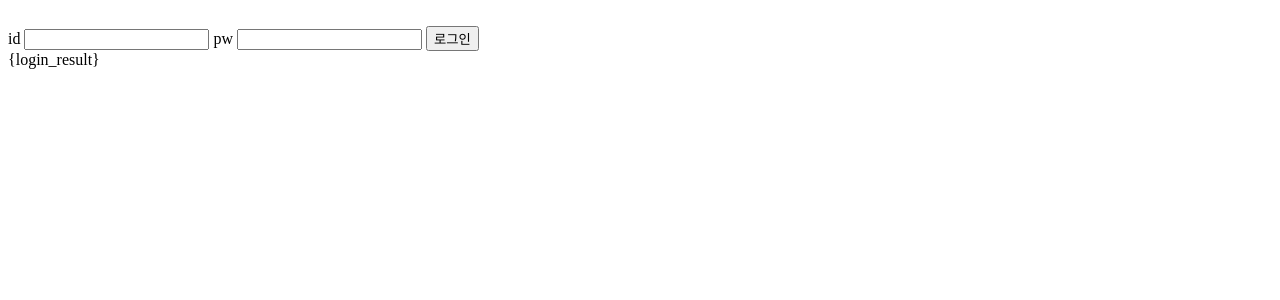
Repository: EunhaKyeong/studyRepo
Page: http://localhost/tutorial/login.do
The author's editor kept a copy of each file at every save. The page is drawn from the files as they stood at one save, then again after the next save.
The browser window is 1280 px wide. The pictures show the whole page.
The page is served by Tomcat 9. Other server files are loaded and not shown.

Above is the page before, as saved 2020-12-05 16:41:12.

### SPRING/spring/tutorial/src/main/webapp/WEB-INF/views/test/login.jsp
<%@ page language="java" contentType="text/html; charset=UTF-8"
    pageEncoding="UTF-8"%>
<!DOCTYPE html>
<html>
<head>
<meta charset="UTF-8">
<title>Insert title here</title>
<script src="https://code.jquery.com/jquery-3.5.1.min.js"></script>
</head>
<body>
<br>
	id <input type="text" id="id">
	pw <input type="password" id="pw">
	<input type=button id="btnLogin" value="로그인">

	<div id="login_result">{login_result}</div>

	<script src="/resources/js/login.js"></script>
</body>
</html>

### SPRING/spring/tutorial/src/main/webapp/resources/js/login.js
$(function() {	//페이지가 로드되면 실해한다.
	$("#btnLogin").click(function() {
		//http://localhost:8080/ajax2의 로그인폼에 입력한 아이디, 비밀번호
		id = ("#id").val();
		pw = ("#pw").val();
		param = {"id":id, "pw":pw};
		//비동기식 호출
		$.ajax( {
			type:"post",
			url:"login_result.do",
			data:param,
			success:function(result) {
				$("#login_result").html(result);
			}
		});
	});
});

### SPRING/spring/tutorial/src/main/webapp/WEB-INF/views/include/menu.jsp
<%@ page language="java" contentType="text/html; charset=UTF-8"
pageEncoding="UTF-8" %>
<a href="/">Home</a>
<a href="/gugu.do">구구단</a>
<a href="/point.do">성적계산</a>
<a href="/move.do">redirect</a>
<a href="/mav.do">ModelAndView</a>
<a href="/ajax.do">비동기식 호출1</a>
<a href="/login.do">로그인(비동기식 호출2)</a>
<hr>

After the next save:
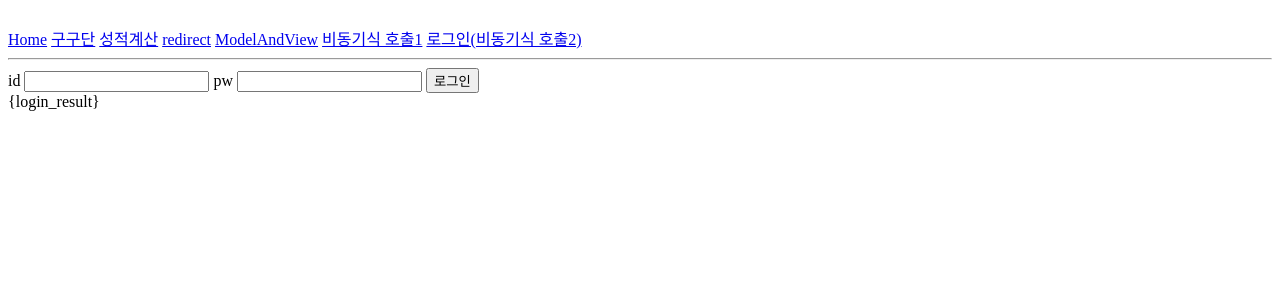
Saved 41 s later.
--- a/SPRING/spring/tutorial/src/main/webapp/WEB-INF/views/test/login.jsp
+++ b/SPRING/spring/tutorial/src/main/webapp/WEB-INF/views/test/login.jsp
@@ -9,6 +9,7 @@
 </head>
 <body>
 <br>
+	<jsp:include page="../include/menu.jsp" />
 	id <input type="text" id="id">
 	pw <input type="password" id="pw">
 	<input type=button id="btnLogin" value="로그인">
